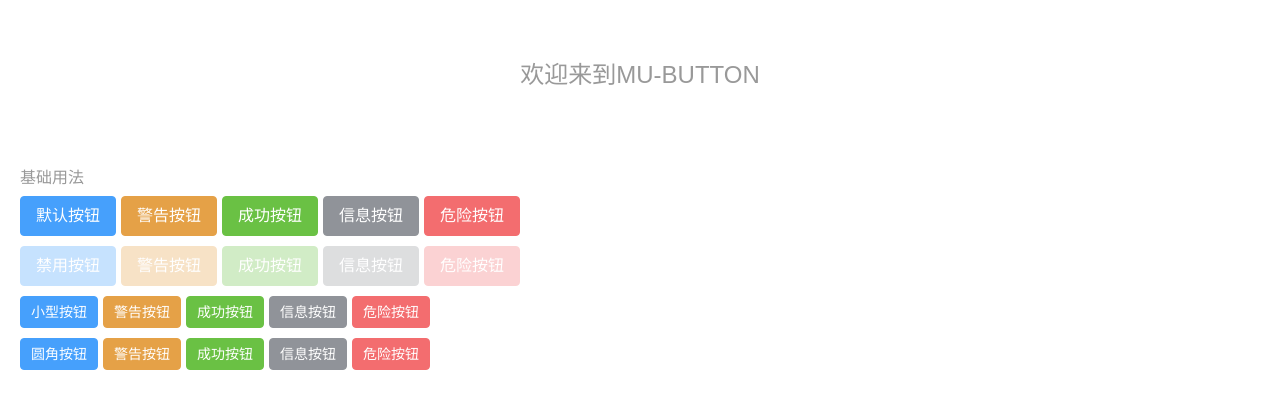
Repository: HuoXiaoYe/huoxiaoye_mumu
Page: /
An editor plug-in stored every save of this project. The page is shown before and after the next save, followed by the edit.
The browser window is 1280 px wide. The pictures show the whole page.
The project was rebuilt for these pictures with package versions that can differ from the ones it lists, and the page was loaded fresh each time.

Above is the page before, as saved 2020-07-04 17:41:51.

After the next save:
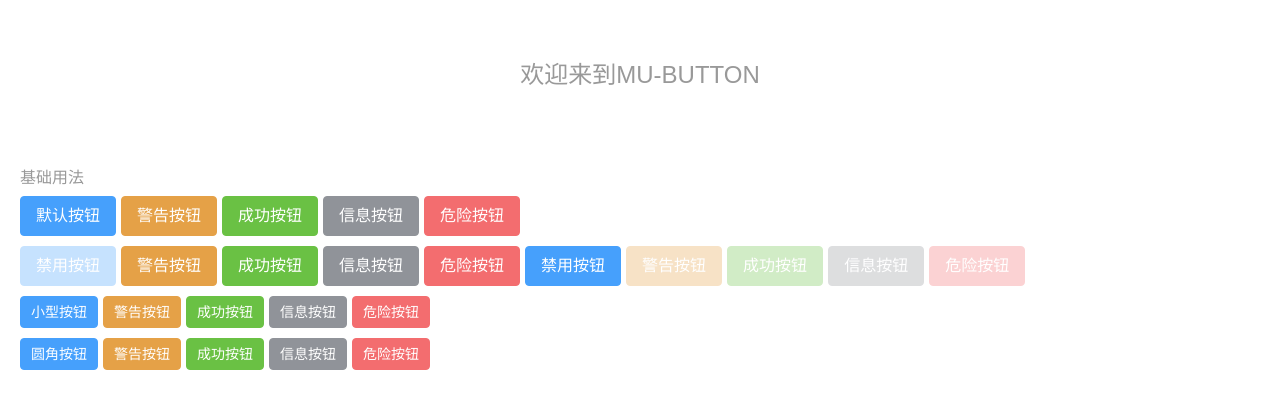
Saved 23 s later.
--- a/src/pages/buttonWrap/buttonWrap.tsx
+++ b/src/pages/buttonWrap/buttonWrap.tsx
@@ -45,7 +45,15 @@ function ButtonWrap() {
                     }
                 </ul>
                 <ul>
-                    <li><MUButton disabled={true}>禁用按钮</MUButton></li>
+                <li><MUButton disabled={true}>禁用按钮</MUButton></li>
+                    {
+                        buttonList.map((item)=>{
+                            return (
+                            <li><MUButton type={item.type}>{item.value}</MUButton></li>
+                            )
+                        })
+                    }
+                    <li><MUButton >禁用按钮</MUButton></li>
                     <li><MUButton disabled={true} type="warning">警告按钮</MUButton></li>
                     <li><MUButton disabled={true} type="success">成功按钮</MUButton></li>
                     <li><MUButton disabled={true} type="info">信息按钮</MUButton></li>
